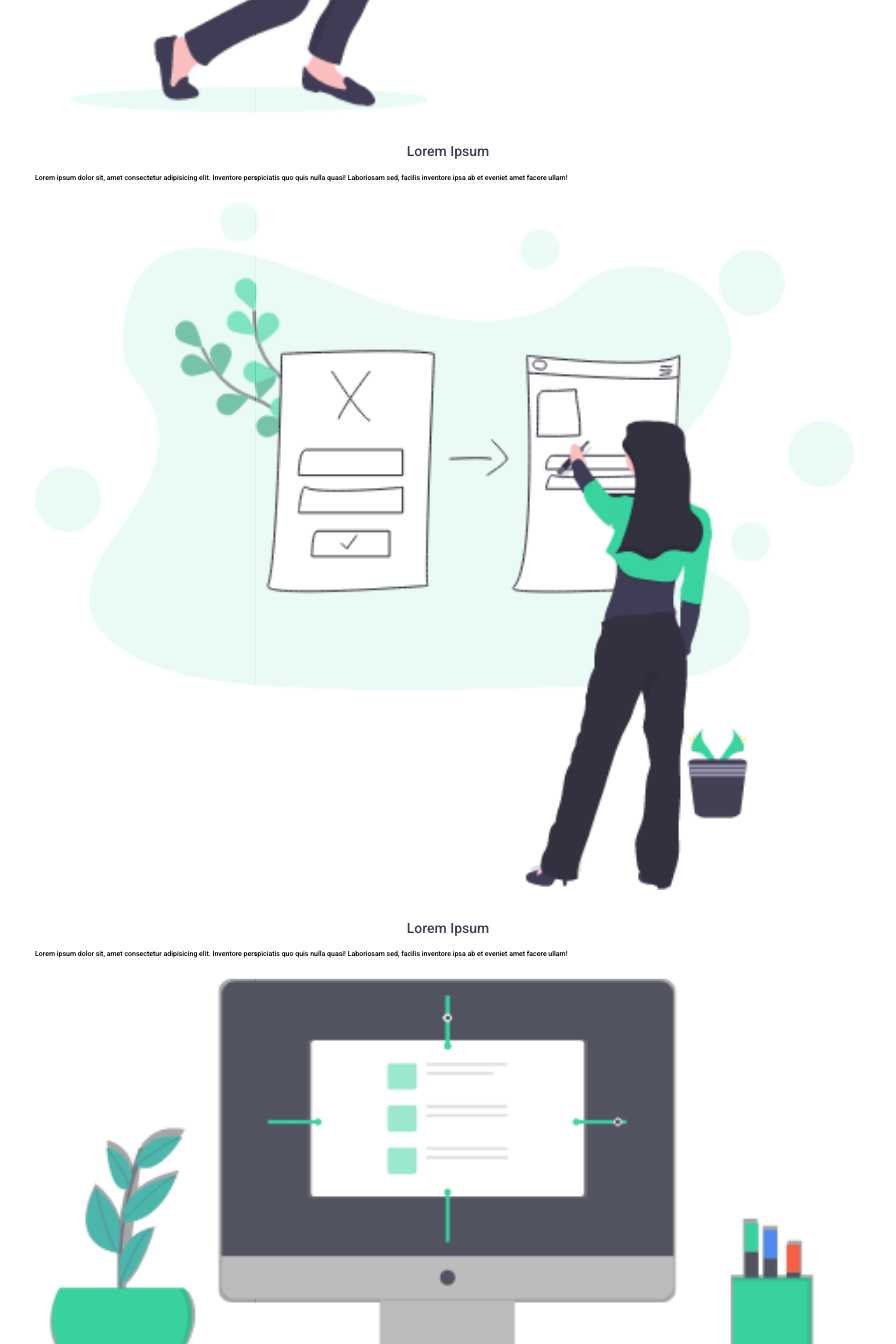
Repository: kebinh1235/porfolio-demo
Page: index.html
An editor plug-in stored every save of this project. The page is shown before and after the next save, followed by the edit.
The browser window is 1280 px wide. The pictures show the part of the page from y = 1615 to 3535 px (the page is 3752 px tall before and 4313 px after), at 70% of full size.
Some web libraries are served in a nearby version.

Above is the page before, as saved 2021-10-20 16:15:48.

### index.html
<!DOCTYPE html>
<html lang="en">
<head>
  <meta charset="UTF-8">
  <meta http-equiv="X-UA-Compatible" content="IE=edge">
  <meta name="viewport" content="width=device-width, initial-scale=1.0">
  <title>Document</title>
  <!--CSS-->
  <link rel="stylesheet" href="./css/style.css">
</head>
<body>
  <!-- header -->
  <header>
    <div class="container">
      <nav class="navbar">
        <!-- logo -->
        <div class="navbar__logo">
          <img src="./img/logo.svg" alt="Website logo">
        </div>
        <!-- links -->
        <ul class="navbar__list">
          <li class="navbar__item"><a href="#" class="navbar__link">Home</a></li>
          <li class="navbar__item"><a href="#" class="navbar__link">About</a></li>
          <li class="navbar__item"><a href="#" class="navbar__link">Resume</a></li>
          <!-- <li class="navbar__item"><a href="#" class="navbar__link btn navbar__mobile-active">Contact Us</a></li> -->
          <a href="#"><button class="btn navbar__btn">Contact Us</button></a>
        </ul>
        <!-- menu mobile -->
        <div class="navbar__icons">
          <div class="navbar__icon"></div>
        </div>
      </nav>
    </div>
  </header>
  <!-- banner -->
  <section id="banner">
    <div class="container">
      <!-- img -->
      <div class="banner__img">
        <img src="./img/banner-img.png" alt="Of Women">
      </div>
      <!-- heading -->
      <div class="banner__heading">
        <h1>Hello I'm Lisa</h1>
        <p>Lorem ipsum dolor sit amet consectetur adipisicing elit. Sint totam possimus odio voluptates vitae quo repudiandae dolorum quibusdam eveniet eos!</p>
        <a href="#"><button class="btn banner__btn">View More</button></a>
        <div class="banner__social">
          <a href="#"><i class="fab fa-dribbble"></i></a>
          <a href="#"><i class="fab fa-behance"></i></a>
          <a href="#"><i class="fab fa-linkedin-in"></i></a>
        </div>
      </div>
    </div>
  </section>
  <!-- thing to do -->
  <section id="things">
    <div class="container">
      <!-- item 1 -->
      <div class="things__item">
        <!-- img -->
        <img src="./img/things-item-1.png" alt="Of Women">
        <!-- heading -->
        <div class="things__item-heading">
          <span>Lorem Ipsum</span>
          <p>Lorem ipsum dolor sit, amet consectetur adipisicing elit. Inventore perspiciatis quo quis nulla quasi! Laboriosam sed, facilis inventore ipsa ab et eveniet amet facere ullam!</p>
        </div>
      </div>
      <!-- item 2 -->
      <div class="things__item">
        <!-- img -->
        <img src="./img/things-item-2.png" alt="Of Women">
        <!-- heading -->
        <div class="things__item-heading">
          <span>Lorem Ipsum</span>
          <p>Lorem ipsum dolor sit, amet consectetur adipisicing elit. Inventore perspiciatis quo quis nulla quasi! Laboriosam sed, facilis inventore ipsa ab et eveniet amet facere ullam!</p>
        </div>
      </div>
      <!-- item 3 -->
      <div class="things__item">
        <!-- img -->
        <img src="./img/things-item-3.png" alt="Of Women">
        <!-- heading -->
        <div class="things__item-heading">
          <span>Lorem Ipsum</span>
          <p>Lorem ipsum dolor sit, amet consectetur adipisicing elit. Inventore perspiciatis quo quis nulla quasi! Laboriosam sed, facilis inventore ipsa ab et eveniet amet facere ullam!</p>
        </div>
      </div>

    </div>
  </section>
  <!--Font awesome-->
  <script src="https://kit.fontawesome.com/5d1e581bbe.js" crossorigin="anonymous"></script>
  <!--JS-->
  <script src="./js/main.js"></script>
</body>
</html>

### css/style.css
@import url('https://fonts.googleapis.com/css2?family=Roboto:wght@300;500&display=swap');
:root {
  --green: #54B192;
  --green-l: #A4CEC0;
  --gray: #3F3D56;
  --white: #fff;
  --smooth: all .3s linear;
}
* {
  margin: 0;
  padding: 0;
  box-sizing: border-box;
  list-style-type: none;
  text-decoration: none;
}
html {
  scroll-behavior: smooth;
  font-size: 62.5%;
}
body {
  font-family: "Roboto", sans-serif;
}
img {
  max-width: 100%;
  width: 100%;
}
.container {
  max-width: 1200px;
  width: 100%;
  margin: 0 auto;
  padding: 0 10px;
}
.btn {
  text-align: center;
  background: var(--gray);
  color: var(--white);
  padding: .8rem 2.5rem;
  border: none;
  border-radius: 100px;
  cursor: pointer;
  transition: var(--smooth);
}
.btn:hover {
  background: var(--green-l);
  transition: var(--smooth);
}
/*header*/
header {
  position: fixed;
  width: 100%;
}
.navbar {
  display: flex;
  justify-content: space-between;
  align-items: center;
  padding: 20px 0;
}
.navbar__logo {
  width: 57px;
  height: 57px;
  object-fit: cover;
}
.navbar__logo img {
  width: 100%;
}
.navbar__list{
  position: fixed;
  top: 0;
  left: 0;
  bottom: 0;
  background: var(--gray);
  width: 60%;
  max-width: 100%;
  transform: translateX(-100%);
  opacity: 0;
  transition: var(--smooth);
  z-index: 10;
}
.navbar__list.navbar__open {
  transform: translateX(0);
  opacity: 1;
}
.navbar__link{
  padding: 20px;
  font-size: 1.4rem;
  display: block;
  color: var(--white);
}
.navbar__link:hover {
  color: var(--green);
  transition: var(--smooth);
}
.navbar__btn{
  font-size: 1.4rem;
  margin: 20px;
  background: var(--green);
}
/*Menu icon*/
.navbar__icons{
  display: flex;
  justify-content: center;
  align-items: center;
  width: 50px;
  height: 50px;
  cursor: pointer;
  transition: var(--smooth);
  z-index: 10;
}
.navbar__icon{
  width: 40px;
  height: 6px;
  border-radius: 5px;
  background: var(--gray);
  position: relative;
  transition: var(--smooth);
}
.navbar__icon:before,
.navbar__icon:after {
  content: '';
  position: absolute;
  width: 40px;
  height: 6px;
  border-radius: 5px;
  background: var(--gray);
  transition: var(--smooth);
}
.navbar__icon:before {
  transform: translateY(-12px)
}
.navbar__icon:after {
  transform: translateY(12px)
}
/* menu icon animation */
.open .navbar__icon {
  transform: translateX(-50px);
  background: transparent;
}
.open .navbar__icon:before {
  transform: rotate(45deg) translate(35px, -35px);
}
.open .navbar__icon:after {
  transform: rotate(-45deg) translate(35px, 35px);
}
@media screen and (min-width: 992px) {
  .navbar__list {
    display: flex;
    justify-content: flex-end;
    align-items: center;
    transform: translateX(0);
    position: initial;
    opacity: 1;
    background: transparent;
  }
  .navbar__link {
    color: var(--gray);
  }
  .navbar__btn {
    background: var(--gray);
  }
  .navbar__icons {
    display: none;
  }
}

/* banner */
#banner {
  position: relative;
  height: 100vh;
  display: flex;
  align-items: center;
}
.banner__img {
  position: absolute;
  top: 0;
  right: 0;
  z-index: -1;
}
.banner__heading {
  max-width: 300px;
  margin: 0 auto;
  text-align: center;
}
.banner__heading h1 {
  font-size: 2rem;
  padding-top: 4em;
  margin-bottom: .8em;
}
.banner__heading p {
  font-weight: 300;
  line-height: 2em;
  margin-bottom: 1.5em;
  font-size: 1.5rem;
}
.banner__social {
  display: flex;
  align-items: center;
  justify-content: space-evenly;
  margin-top: 3em;
  font-size: 1.5rem;
}
.banner__social a {
  color: var(--gray);
  transition: var(--smooth);
}
.banner__social a:hover {
  color: var(--green-l);
}

@media (min-width: 992px) {
    .banner__img {
      width: 60%;
    }
    .banner__heading {
      text-align: initial;
      margin: 0;
      padding-top: 0;
    }
    .banner__social {
      justify-content: flex-start;
    }
    .banner__social a {
      margin-right: 45px;
    }
}

/* thing to do */
#things {
  position: relative;
  overflow-x: hidden;
  margin-top: 15em;
}
.things__item span {
  display: block;
  text-align: center;
  color: var(--gray);
  margin-bottom: 1em;
  font-size: 2rem;
}
.things__item {
  margin: 3em 0;
}
.things__item img {
  padding-bottom: 4em;
}
.things__item--heading {
  text-align: center;
  color: var(--gray);
}
.things__item--heading p {
  max-width: 300px;
  font-weight: 300;
  line-height: 2em;
  margin: 0 auto;
  padding-top: 1em;
  font-size: 1.8rem;
}

### js/main.js
const menu = document.querySelector('.navbar__list');
const menuIcon = document.querySelector('.navbar__icons')

menuIcon.addEventListener('click', () =>{
  menu.classList.toggle('navbar__open');
  menuIcon.classList.toggle('open');
})

After the next save:
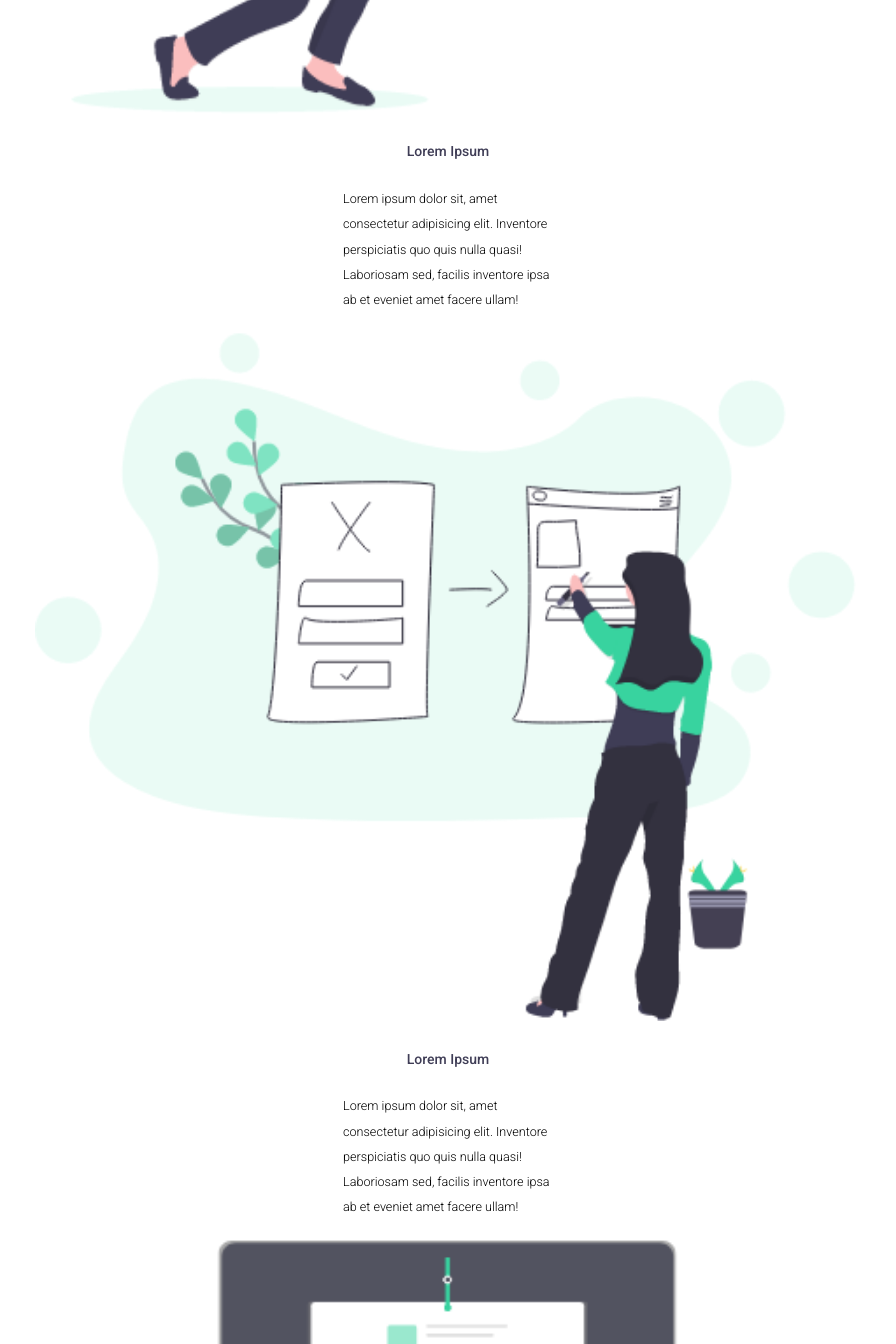
Saved 26 s later.
--- a/css/style.css
+++ b/css/style.css
@@ -246,7 +246,7 @@ header {
   text-align: center;
   color: var(--gray);
 }
-.things__item--heading p {
+.things__item-heading p {
   max-width: 300px;
   font-weight: 300;
   line-height: 2em;
